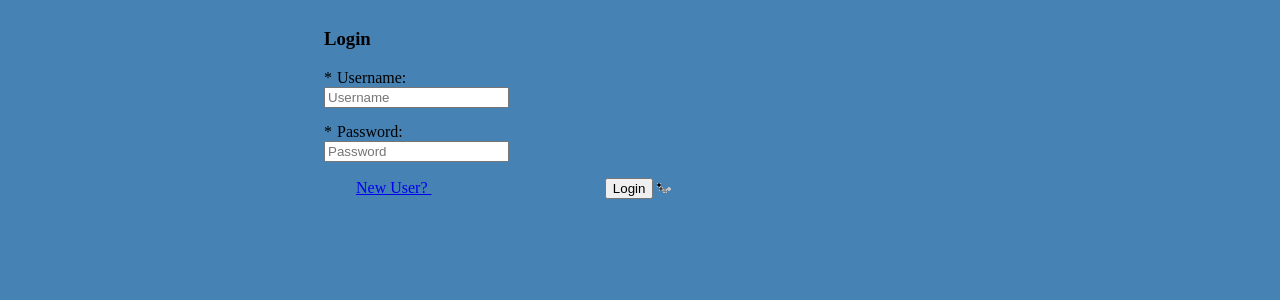
Repository: SUPRIGA/SecondProject
Page: CollaborationFrontEnd/src/main/webapp/user/login.html
These files come from the project's save history. The page is drawn as it stood at one moment and after the next save; the edit follows.
The browser window is 1280 px wide. The pictures show the whole page.

Above is the page before, as saved 2017-01-12 05:17:49.

After the next save:
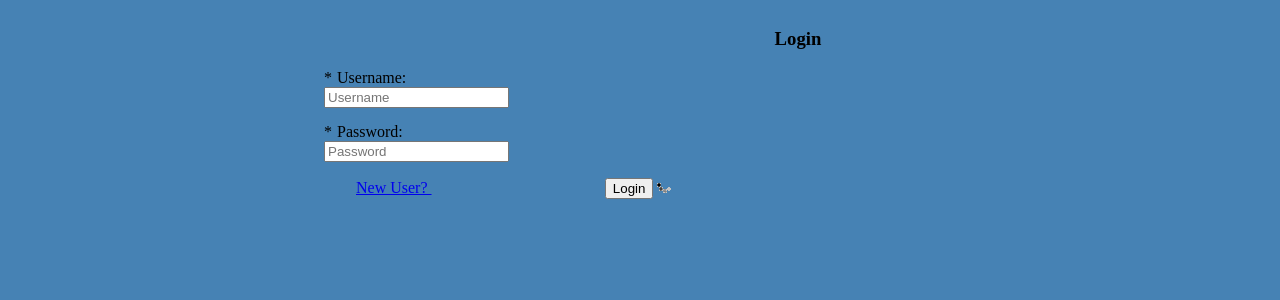
Saved 58 s later.
--- a/CollaborationFrontEnd/src/main/webapp/user/login.html
+++ b/CollaborationFrontEnd/src/main/webapp/user/login.html
@@ -54,7 +54,7 @@ body {
 		<form ng-submit="vm.login()" method="post" style="margin-left: 25%;" name="myForm">
 
 					<div class="panel-heading">
-						<h3 class="panel-title">Login</h3>
+						<center><h3 class="panel-title">Login</h3></center>
 					</div>
 					<div class="panel-body">
 						 <form accept-charset="UTF-8" role="form" action="loginpage" method="post">
